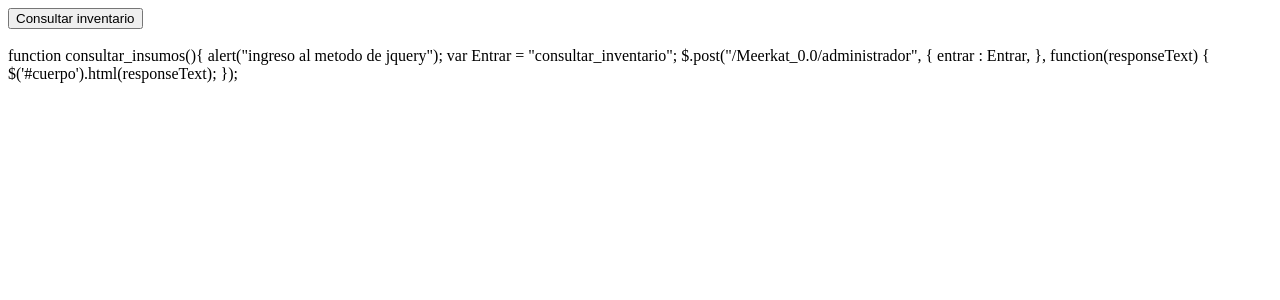
Repository: mauro2357/Producto2SW2MEERKATSOFT
Page: http://localhost/Meerkat_0.0/consultarinventariovista/funcionesadministrador.jsp
The author's editor kept a copy of each file at every save. The page is drawn from the files as they stood at one save, then again after the next save.
The browser window is 1280 px wide. The pictures show the whole page.
Some web libraries are served in a nearby version. The page is served by Tomcat 9. Nobody is signed in. The application's start-up code is not run. Other server files are loaded and not shown.

Above is the page before, as saved 2015-09-04 21:57:19.

### Meerkat_0.0/WebContent/consultarinventariovista/funcionesadministrador.jsp
<%@ page language="java" contentType="text/html; charset=ISO-8859-1"
    pageEncoding="ISO-8859-1"%>
<%@ page import="Presentacion.*" %>
<%@ page import="Negocio.tomaynotificacionpedidos.*" %>
<%@ page import="java.util.*" %>

<!DOCTYPE html PUBLIC "-//W3C//DTD HTML 4.01 Transitional//EN" "http://www.w3.org/TR/html4/loose.dtd">
<html>
<head>
<meta http-equiv="Content-Type" content="text/html; charset=ISO-8859-1">
<title>Meerkat_0.0</title>

<script src="//code.jquery.com/jquery-1.11.3.min.js"></script>
<script src="//code.jquery.com/jquery-migrate-1.2.1.min.js"></script>
<script type="text/javascript">

	function consultar_inventario(){
		var Entrar = "consultar_inventario";
		$.post("/Meerkat_0.0/administrador", {
			entrar : Entrar,
			}, function(responseText) {
				$('#cuerpo').html(responseText);
			});
	}

</script>
</head>

<body>

	<button type="button" onclick="consultar_inventario()">Consultar inventario</button>
	<br></br>
	<div id="cuerpo"></div>


</body>
</html>

	function consultar_insumos(){
		alert("ingreso al metodo de jquery");
		var Entrar = "consultar_inventario";
		$.post("/Meerkat_0.0/administrador", {
			entrar : Entrar,
		}, function(responseText) {
				$('#cuerpo').html(responseText);
			});

After the next save:
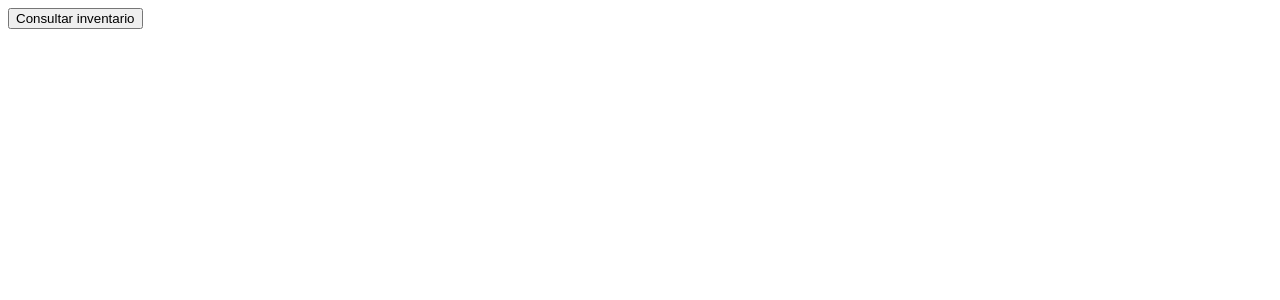
Saved 92 s later.
--- a/Meerkat_0.0/WebContent/consultarinventariovista/funcionesadministrador.jsp
+++ b/Meerkat_0.0/WebContent/consultarinventariovista/funcionesadministrador.jsp
@@ -35,12 +35,3 @@
 
 </body>
 </html>
-
-	function consultar_insumos(){
-		alert("ingreso al metodo de jquery");
-		var Entrar = "consultar_inventario";
-		$.post("/Meerkat_0.0/administrador", {
-			entrar : Entrar,
-		}, function(responseText) {
-				$('#cuerpo').html(responseText);
-			});
